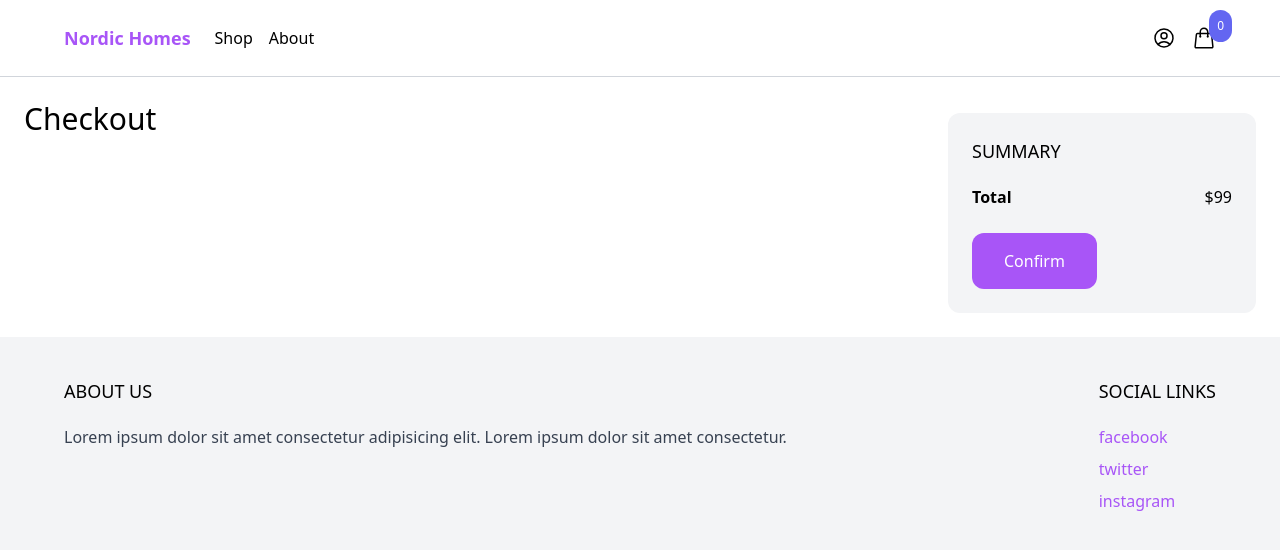
Repository: Calin224/NordicHomes
Page: cart/templates/cart/checkout.html
The author's editor kept a copy of each file at every save. The page is drawn from the files as they stood at one save, then again after the next save.
The browser window is 1280 px wide. The pictures show the whole page.
Some web libraries are served in a nearby version. The template is drawn by Django 4.2. The application's start-up code is not run. The template is opened directly, without the code that normally fills it, so the values that code supplies are empty.

Above is the page before, as saved 2023-02-16 21:02:46.

After the next save:
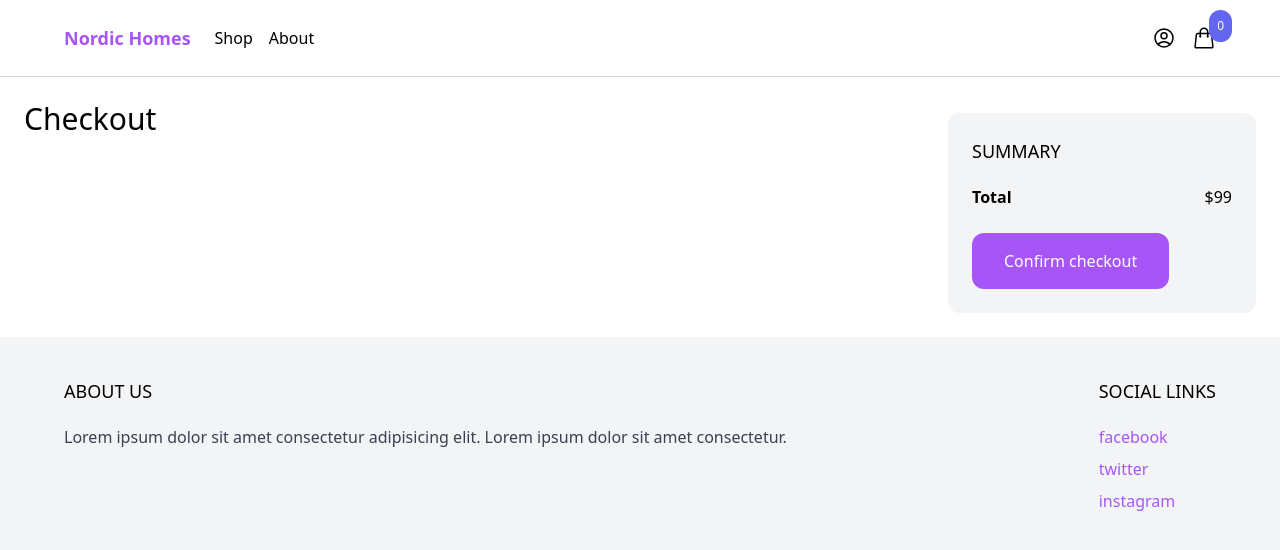
Saved 14 s later.
--- a/cart/templates/cart/checkout.html
+++ b/cart/templates/cart/checkout.html
@@ -15,7 +15,7 @@
             <span>$99</span>
         </div>
 
-        <a href="#" class="inline-block px-8 py-4 rounded-xl bg-purple-500 hover:bg-purple-700 text-white">Confirm</a>
+        <a href="#" class="inline-block px-8 py-4 rounded-xl bg-purple-500 hover:bg-purple-700 text-white">Confirm checkout</a>
     </div>
 </div>
 
